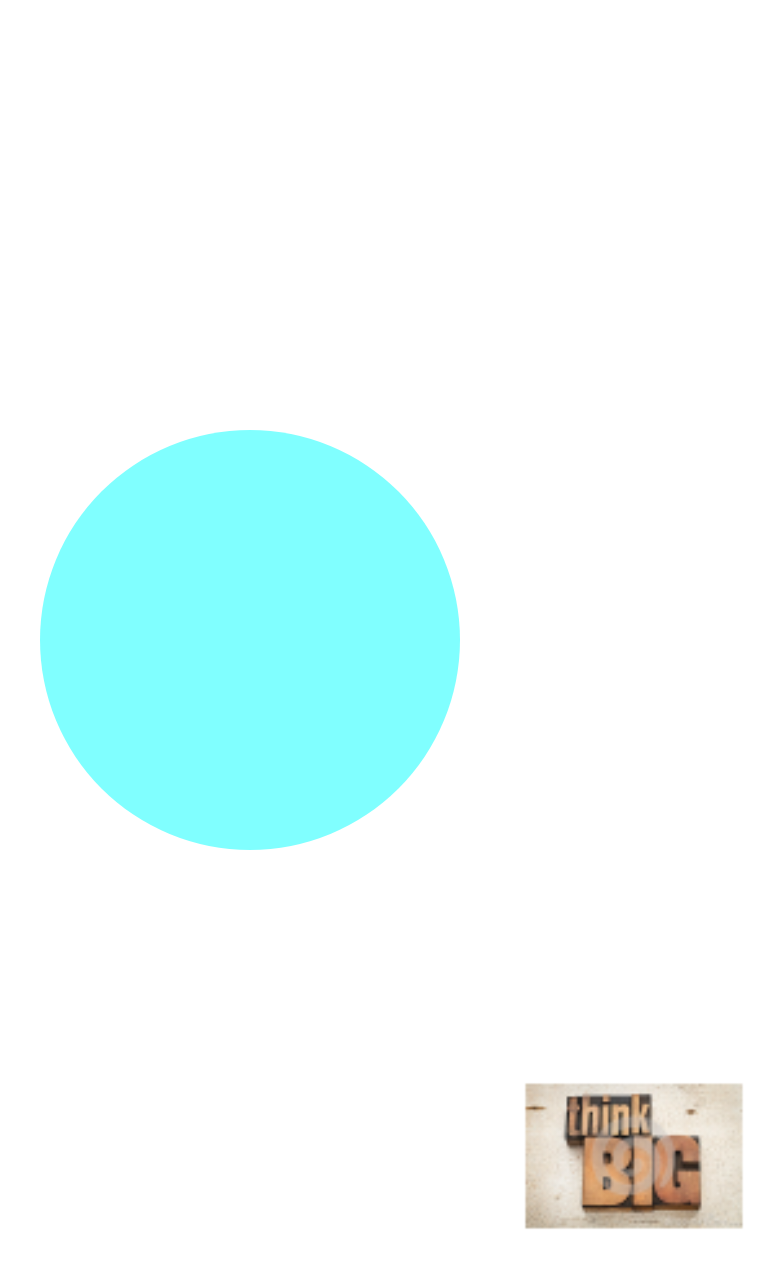
Repository: Amir13/Android_Basic_Steps
Layout: ViewElements4/res/layout/activity_shape_xml.xml
The author's editor kept a copy of each file at every save. The layout is drawn from the files as they stood at one save, then again after the next save.
It is drawn on a 768 x 1280 px phone screen (xhdpi) without system bars, with theme AppTheme; the app's code is not run.

Above is the layout before, as saved 2014-06-08 16:23:26.

After the next save:
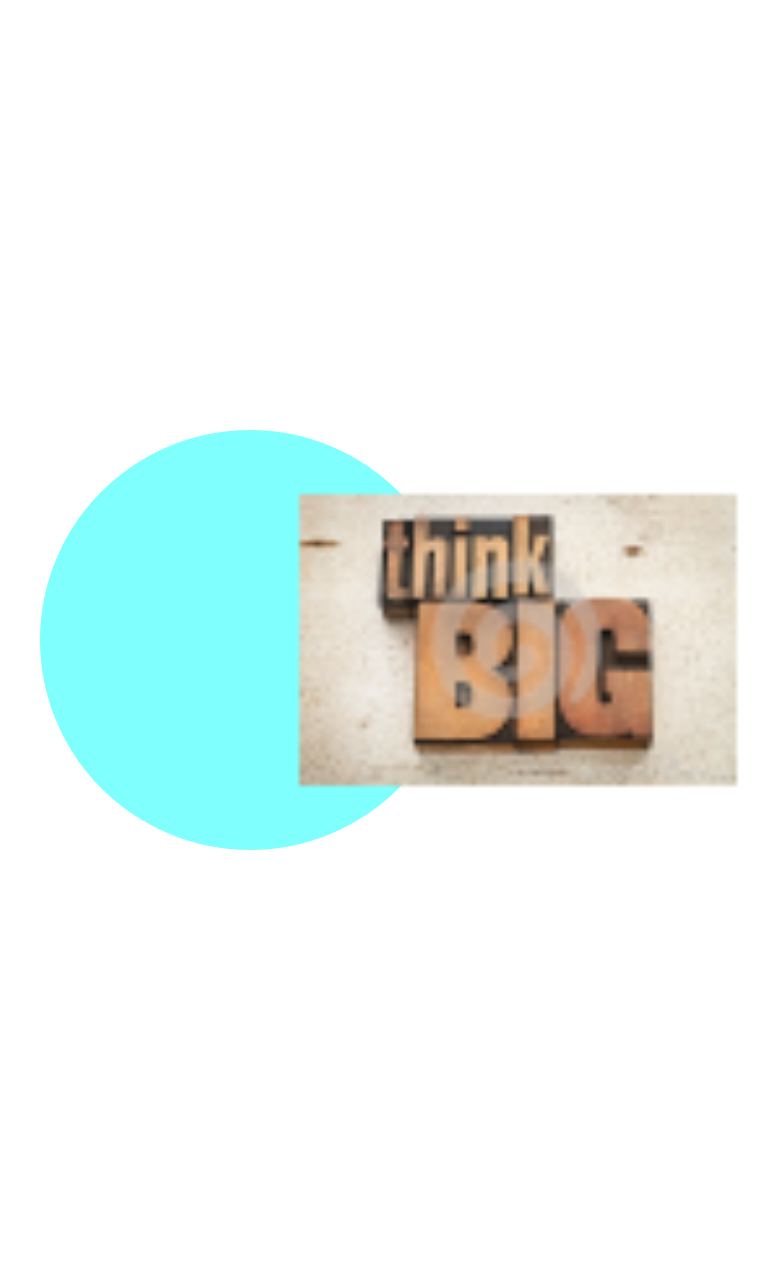
Saved 30 s later.
--- a/ViewElements4/res/layout/activity_shape_xml.xml
+++ b/ViewElements4/res/layout/activity_shape_xml.xml
@@ -19,9 +19,9 @@
         android:id="@+id/imageView2"
         android:layout_width="@dimen/shape_width"
         android:layout_height="@dimen/shape_height"
-        android:layout_below="@+id/imageView1"
-        android:layout_marginTop="71dp"
-        android:layout_toRightOf="@+id/imageView1"
+        android:layout_alignParentRight="true"
+        android:layout_centerVertical="true"
+
         android:src="@drawable/ic_launcher" />
 
 </RelativeLayout>
